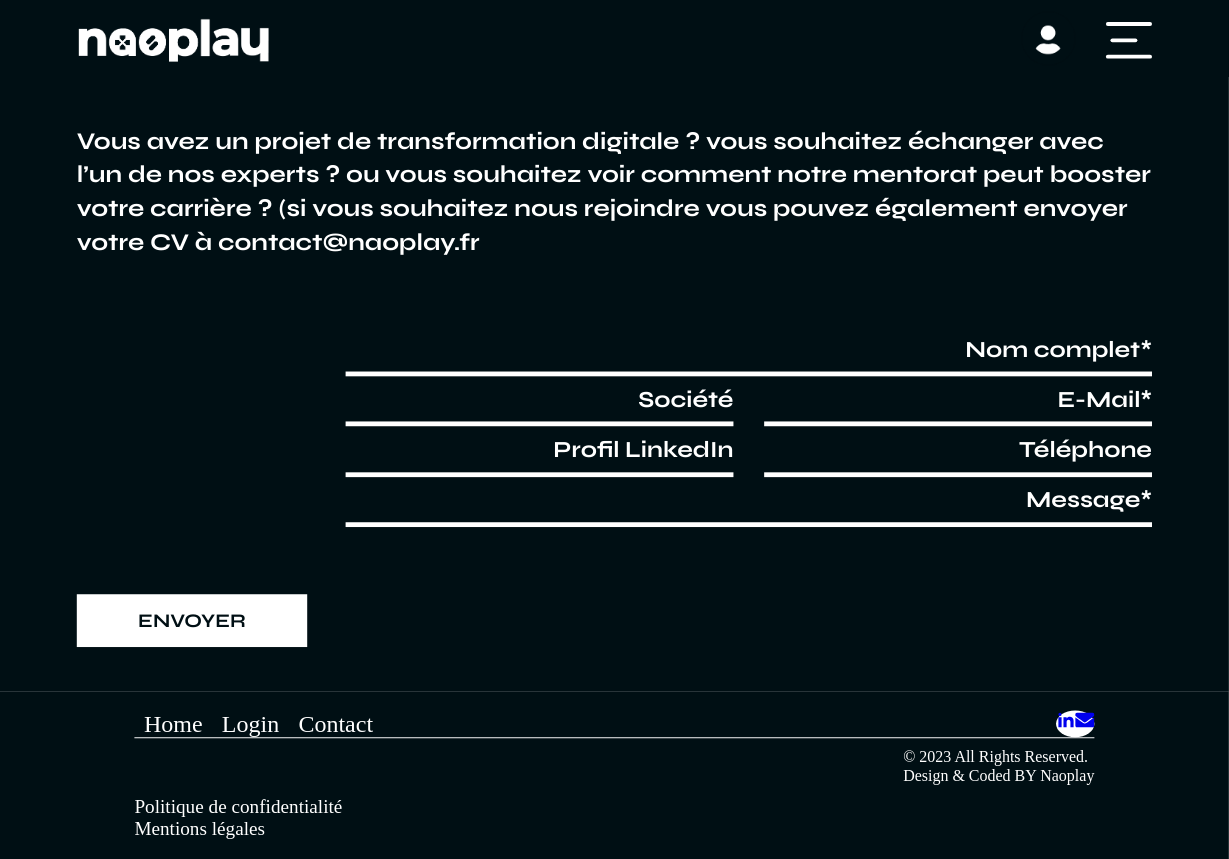
Repository: Hindsedrati/Naoplay
Page: /contact
The author's editor kept a copy of each file at every save. The page is drawn from the files as they stood at one save, then again after a run of saves.
The browser window is 1280 px wide. The pictures show the whole page, at 96% of full size.
The project was rebuilt for these pictures with package versions that can differ from the ones it lists, and the page was loaded fresh each time. Also part of the build but not shown: src/Pages/Login/index.jsx, src/Components/Const/index.jsx, src/Components/Partners/index.jsx, src/Components/Naoplay/index.jsx, src/Components/Api/index.jsx, src/Components/Digitalisation/index.jsx, src/Components/Gateway/index.jsx, src/Components/ApiManagement/index.jsx and 6 more.

Above is the page before, as saved 2023-05-09 12:52:11.

After the next 2 saves:
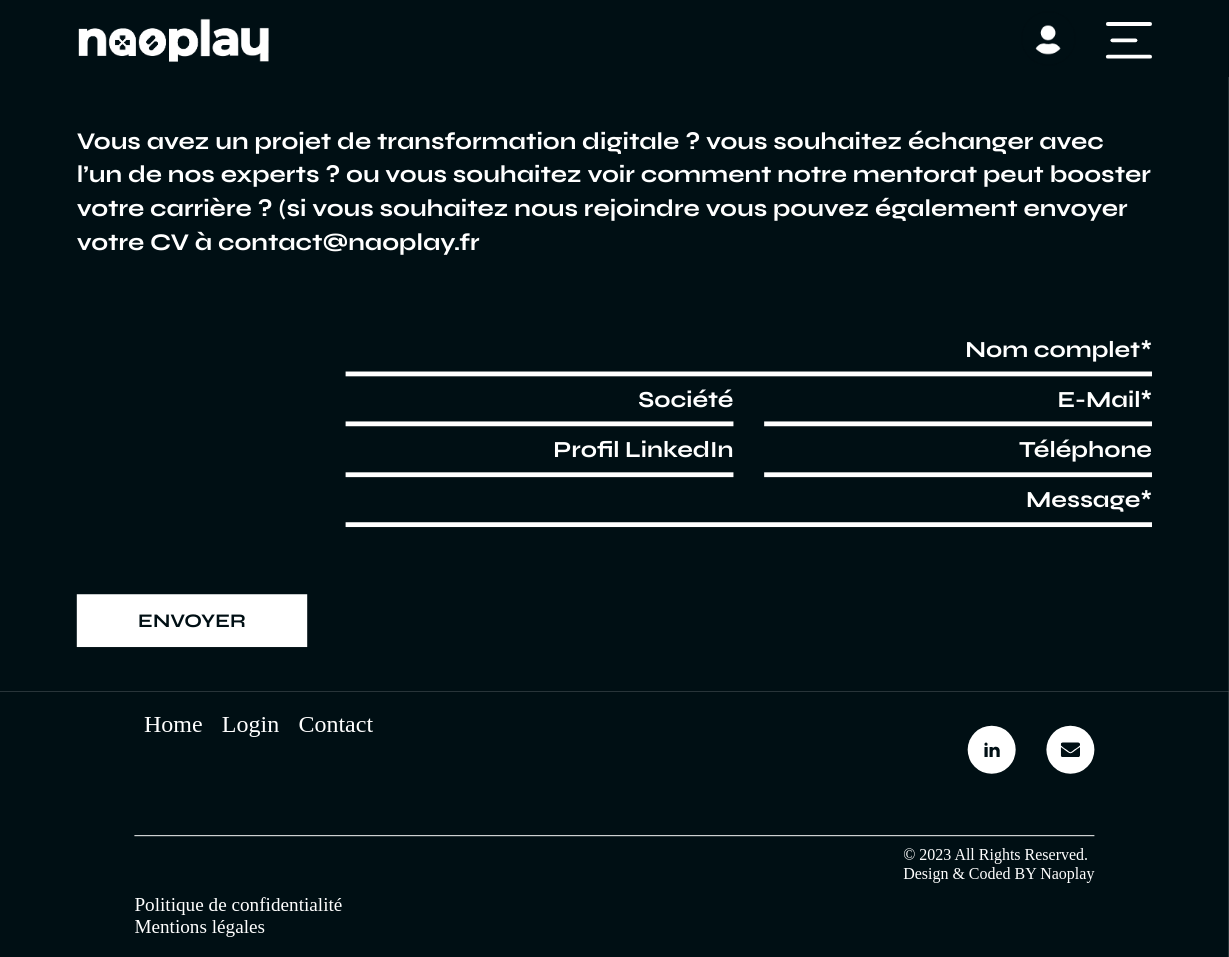
The 2 saves are shown as one change because 1 did not build or start.
The last was saved 69 s later.
--- a/src/Layouts/Footer/footer.scss
+++ b/src/Layouts/Footer/footer.scss
@@ -28,11 +28,30 @@
 
 
 .footer__icons{
-  background: $light;
-  border-radius: 50%;
+    margin-top: 1rem;
+        display: flex;
+        gap: 2rem;
+
+        a {
+            width: 50px;
+            height: 50px;
+            display: inline-block;
+            text-decoration: none;
+            color: $dark;
+            background-color: $light;
+            border-radius: 50%;
+            display: flex;
+            justify-content: center;
+            align-items: center;
+            margin-bottom: 4rem;
+        }
+
+        a:hover {
+            transform: scale(1.1);
+            background-color: $dark;
+            color: $light;
+        }
 }
-
-
 .footer-bottom {
   display: grid;
   justify-content: flex-end;
